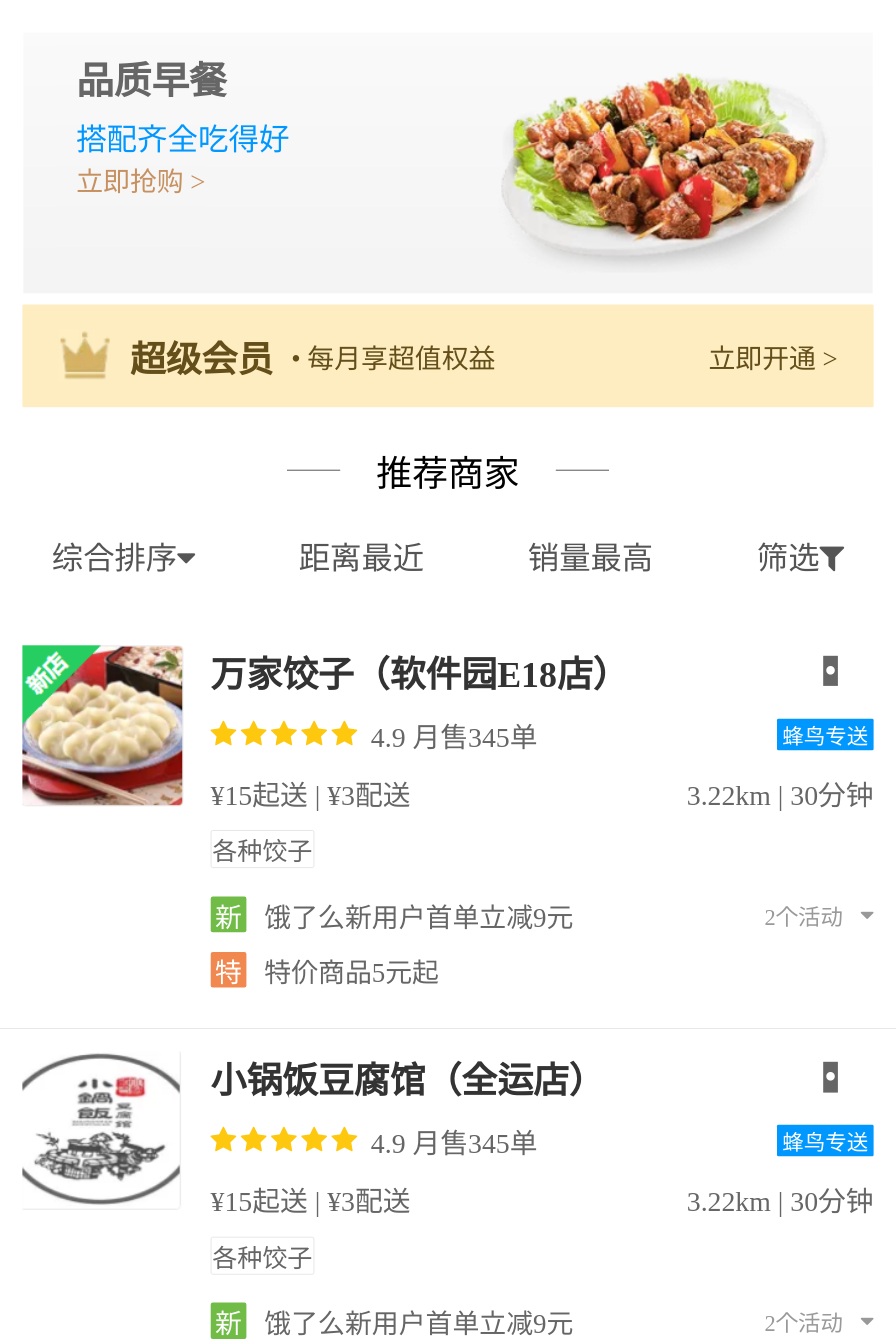
Repository: F000top/ele
Page: index.html
An editor plug-in stored every save of this project. The page is shown before and after a run of saves, followed by the edit.
The browser window is 1280 px wide. The pictures show the part of the page from y = 887 to 2807 px (the page is 4678 px tall), at 70% of full size.

Above is the page before, as saved 2022-06-07 22:06:00.

After the next 2 saves:
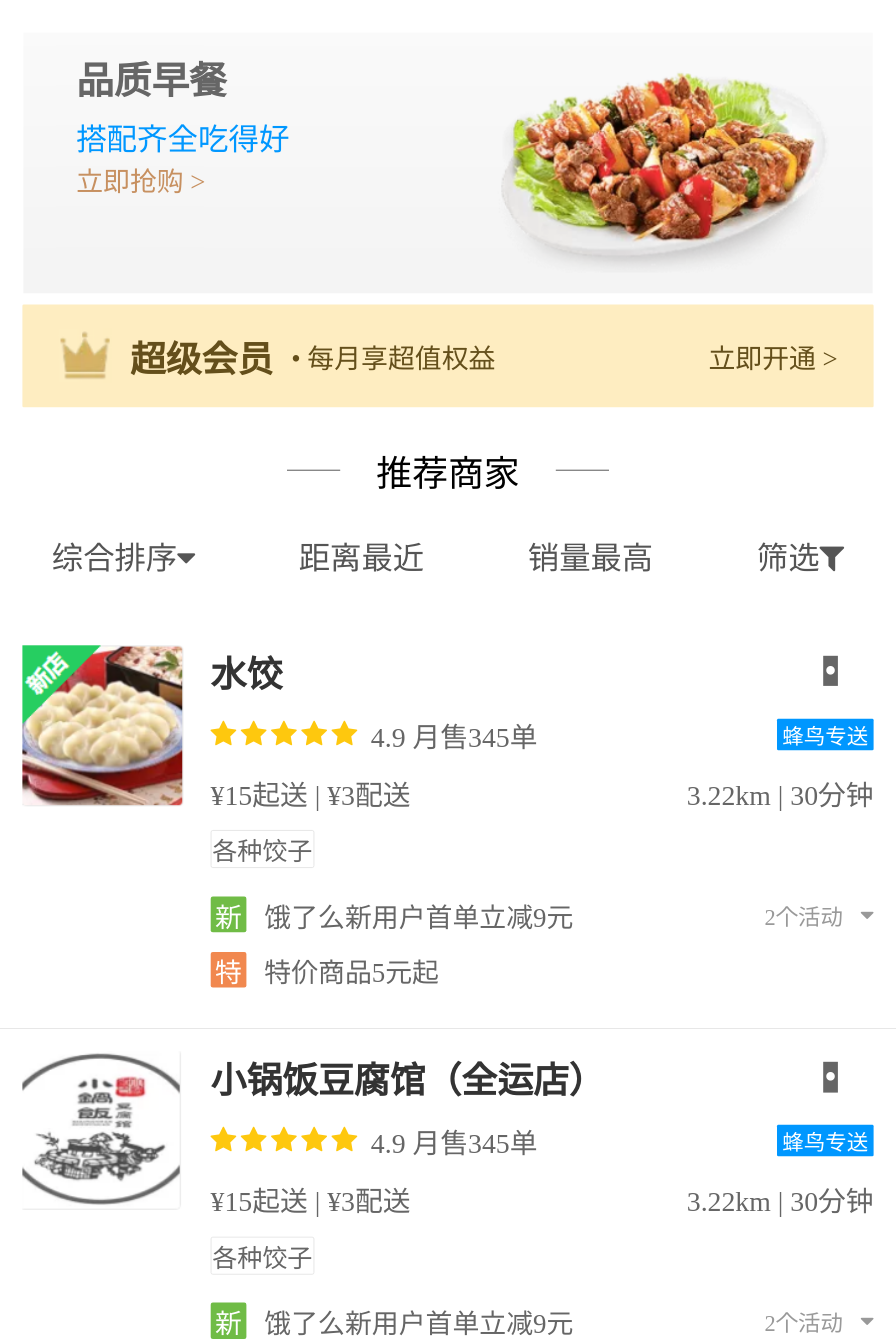
The 2 saves are shown as one change because they came seconds apart.
The last was saved 95 s later.
--- a/index.html
+++ b/index.html
@@ -133,7 +133,7 @@
 					<img src="img/sj01.png">
 					<div class="business-info">
 						<div class="business-info-h">
-							<h3>万家饺子（软件园E18店）</h3>
+							<h3>水饺</h3>
 							<div class="business-info-like">&#8226;</div>
 						</div>
 						<div class="business-info-star">
